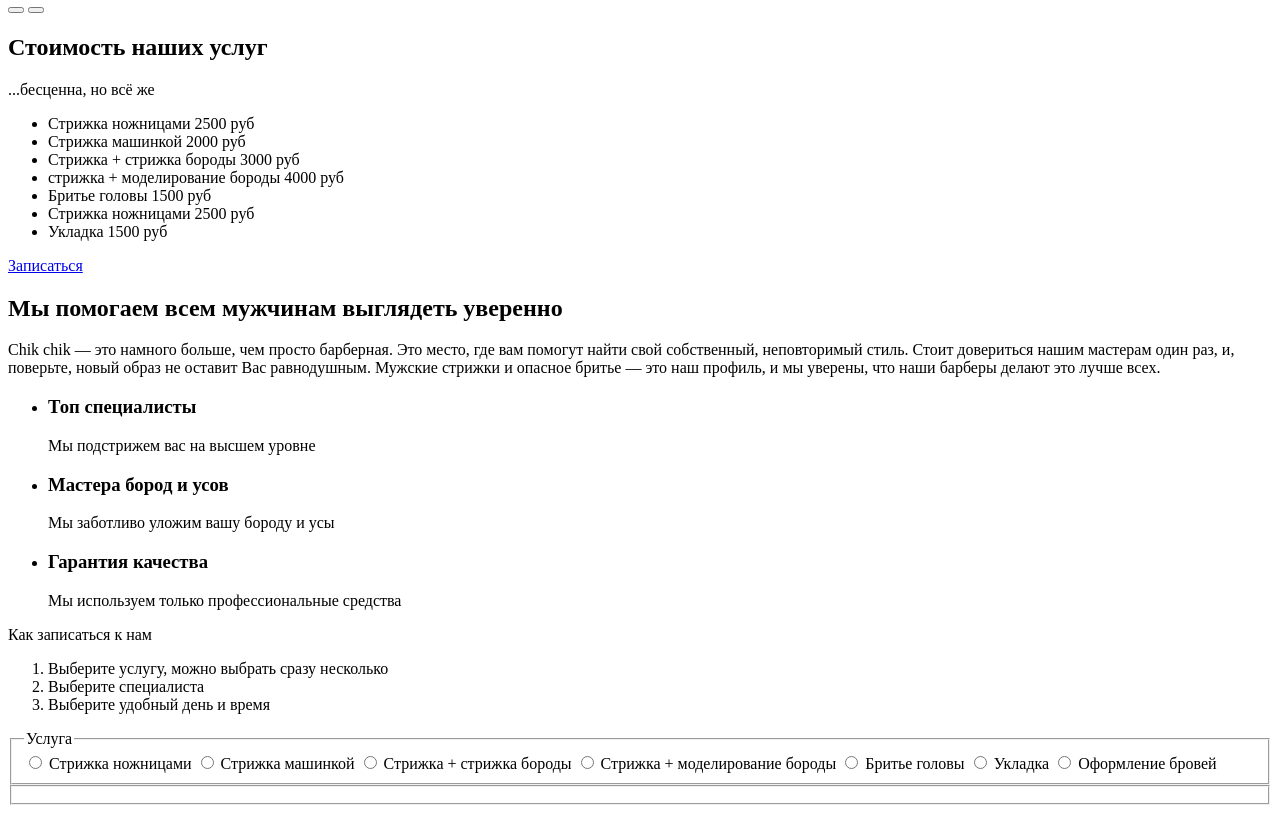
Repository: alexboagreek/chick-chick
Page: index.html
These files come from the project's save history. The page is drawn as it stood at one moment and after the next save; the edit follows.
The browser window is 1280 px wide. The pictures show the part of the page from y = 3047 to 3878 px (the page is 3860 px tall before and 3878 px after).
A picture or video elsewhere on the page could not be fetched, so the positions and the page height are approximate.

Above is the page before, as saved 2023-01-17 15:30:04.

After the next save:
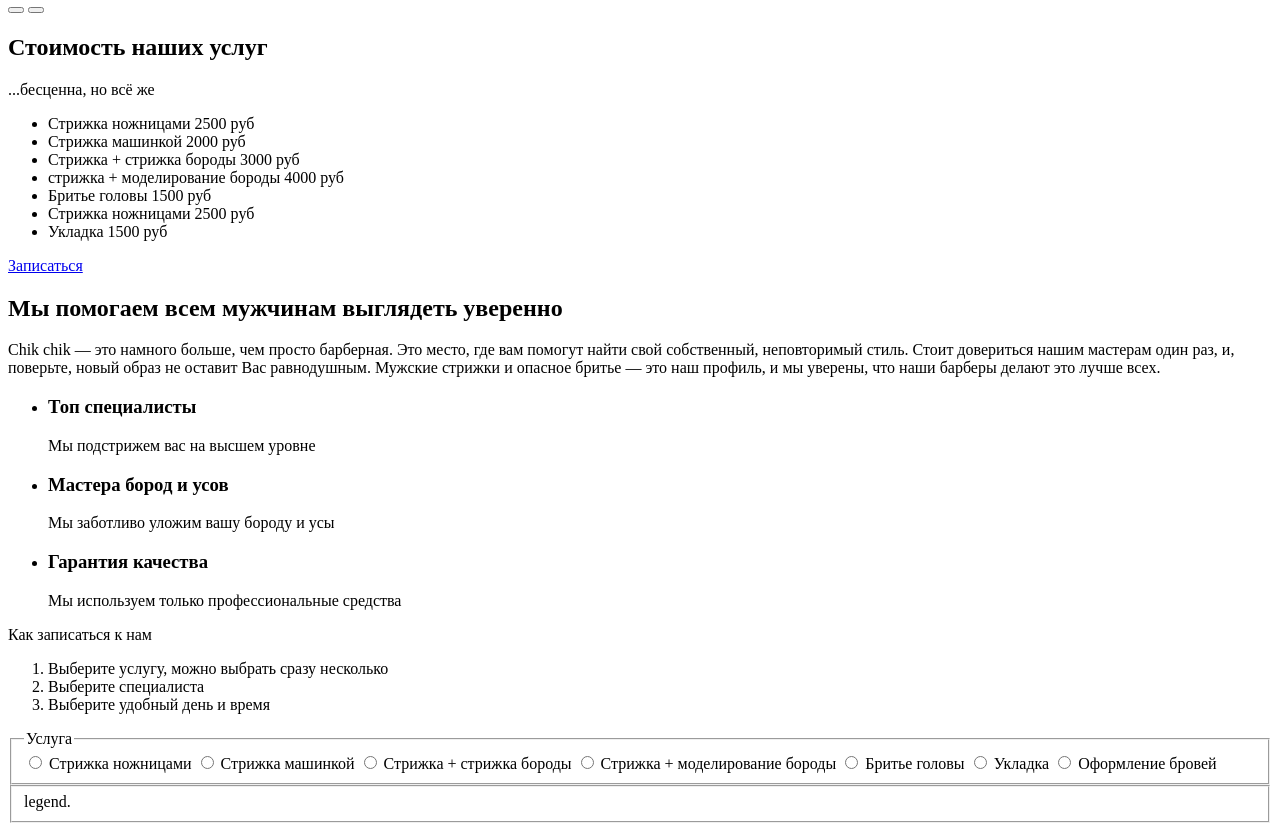
Saved 5 s later.
--- a/index.html
+++ b/index.html
@@ -187,7 +187,9 @@
                         </label>
                     </fieldset>
 
-                    <fieldset class="reserve__fieldset"></fieldset>
+                    <fieldset class="reserve__fieldset">
+                        legend.
+                    </fieldset>
                 </div>
             </form>
         </section>

After the 2 saves that followed:
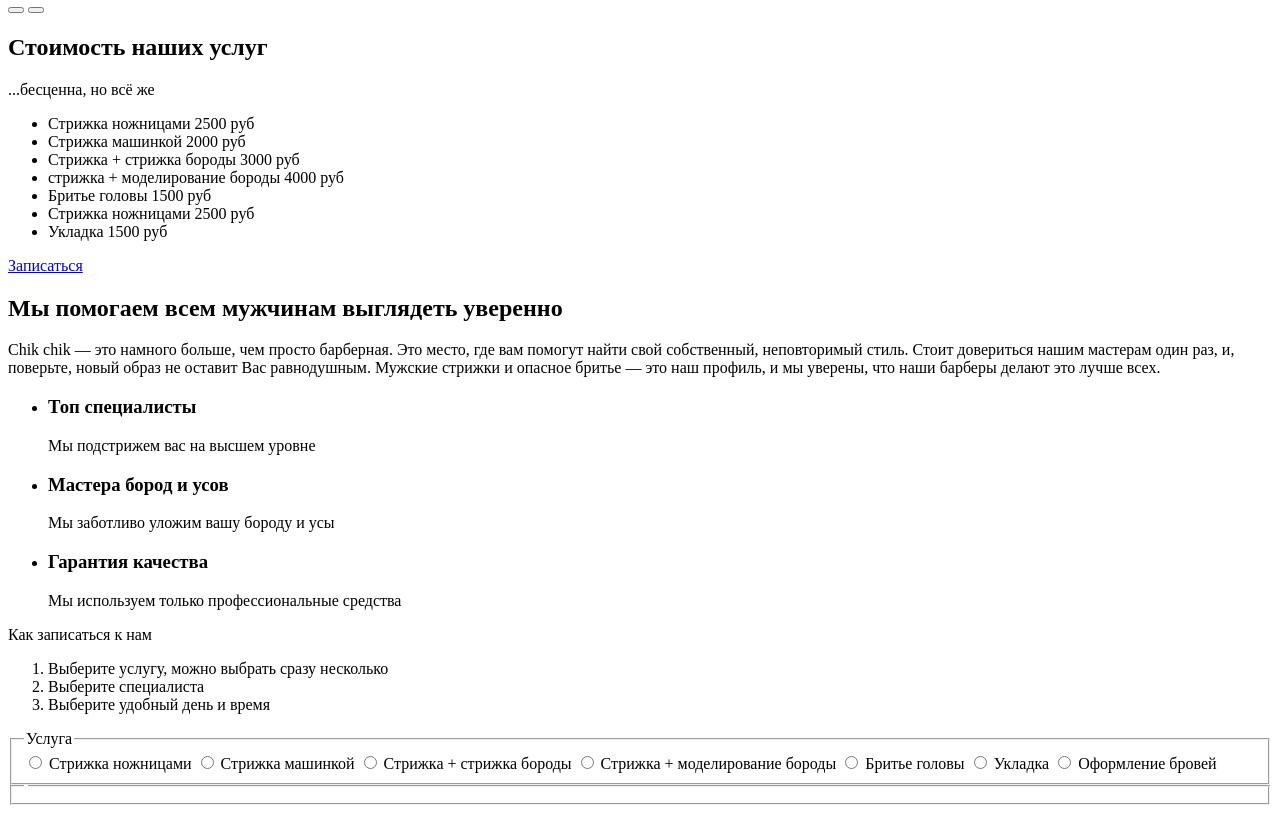
The 2 saves are shown as one change because they came seconds apart.
The last was saved 8 s later.
--- a/index.html
+++ b/index.html
@@ -188,7 +188,7 @@
                     </fieldset>
 
                     <fieldset class="reserve__fieldset">
-                        legend.
+                        <legend class="reserve__legend"></legend>
                     </fieldset>
                 </div>
             </form>
